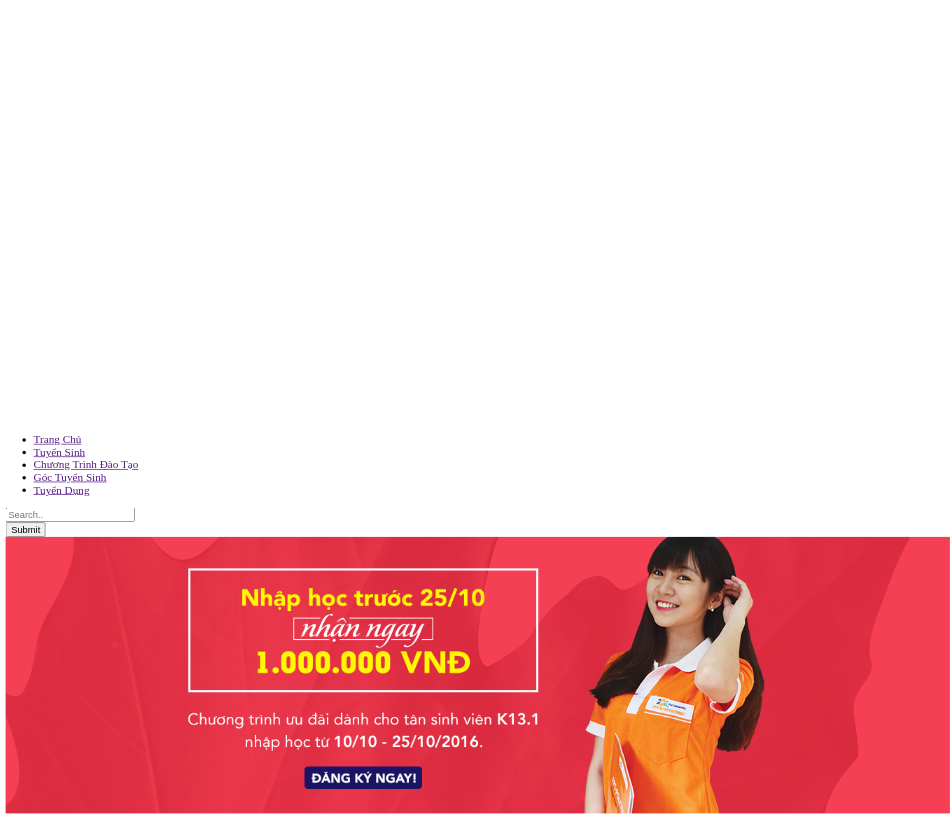
Repository: manhkkkk/assigntment
Page: index.html
The author's editor kept a copy of each file at every save. The page is drawn from the files as they stood at one save, then again after the next save.
The browser window is 1280 px wide. The page is 1359 px wide, so the pictures cover 1359 px, including what lies to the right of the window. The pictures show the whole page, at 70% of full size.

Above is the page before, as saved 2022-01-10 05:25:53.

After the next save:
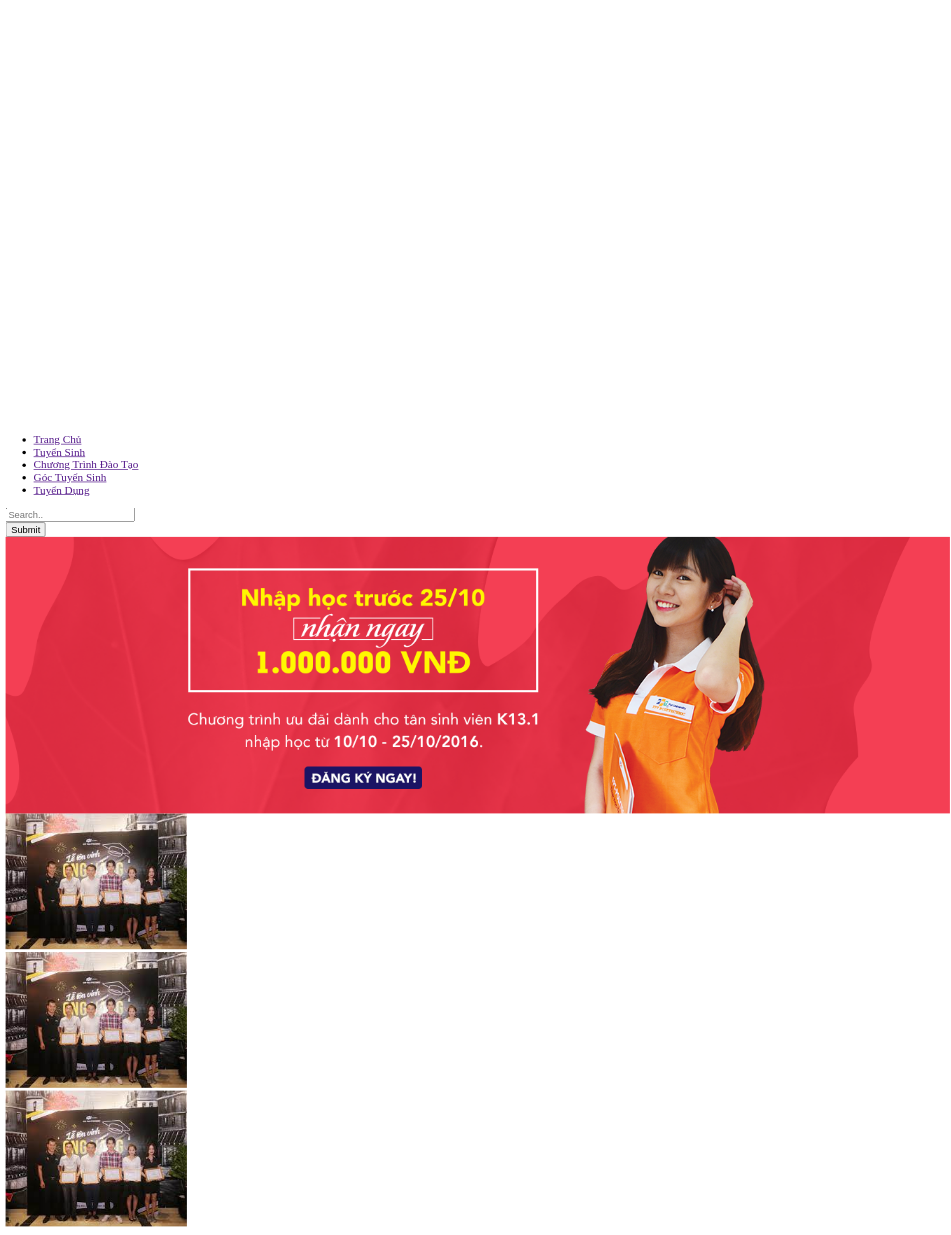
Saved 14 min 59 s later.
--- a/index.html
+++ b/index.html
@@ -88,8 +88,28 @@
         </header>
         <section>
             <div class="container">
-                <article></article>
-                <article></article>
+                <div>
+                    <article>
+                        <div>
+                            <img src="./image/im-1.png" alt="" />
+                        </div>
+                    </article>
+                    <article>
+                        <div>
+                            <img src="./image/im-1.png" alt="" />
+                        </div>
+                    </article>
+                    <article>
+                        <div>
+                            <img src="./image/im-1.png" alt="" />
+                        </div>
+                    </article>
+                </div>
+                <div>
+                    <article></article>
+                    <article></article>
+                    <article></article>
+                </div>
             </div>
         </section>
         <script type="module" src="./src/main.js"></script>
